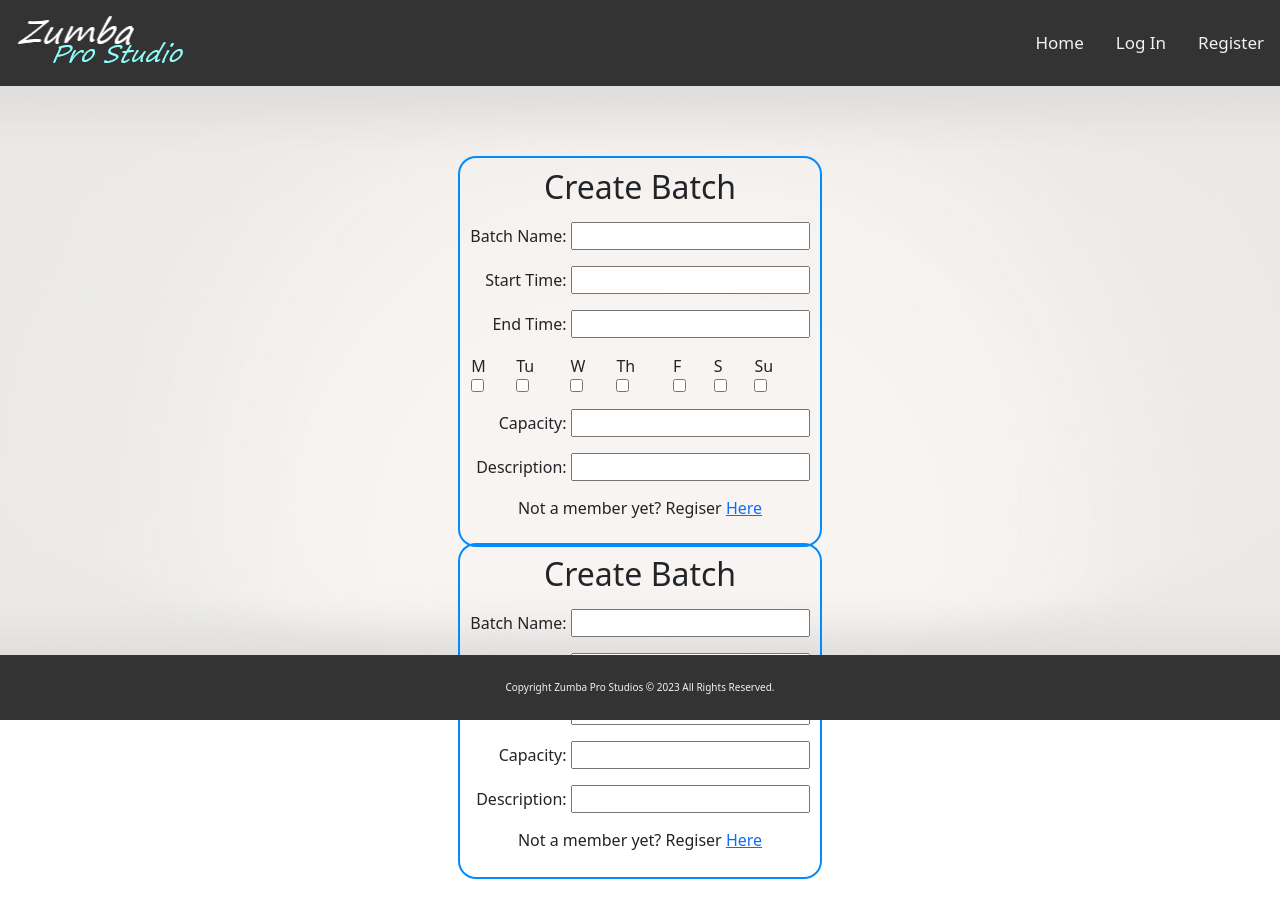
Repository: basemsamuel/Zumba
Page: http://localhost/ZumbaProStudio/adminusers.jsp
An editor plug-in stored every save of this project. The page is shown before and after the next save, followed by the edit.
The browser window is 1280 px wide. The pictures show the whole page.
The page is served by Tomcat 10. Other server files are loaded and not shown.

Above is the page before, as saved 2023-07-30 21:25:20.

### ZumbaProStudio/src/main/webapp/adminusers.jsp
<jsp:include page="header.jsp"></jsp:include>
<div class="mycontainer">
	<div align="center">
	<br>
	<br>
	<br>
		<table class="formtable">
			<tr>
				<td style="padding: 10px;">
					<div class='center'>
						<form style="width: 100%;" action="Login" method = "POST">
						    <h2>Create Batch</h2>
						    <div>
						        <p>
							        <div class='right'>
							            <label for="name">Batch Name:</label>
							            <input type="text" id="name" name="name">
							        </div>
						        </p>
						    </div>

						    <div>
						        <p>
							        <div class='right'>
							            <label for="stime">Start Time:</label>
							            <input type="text" id="stime" name="stime">
							        </div>
						        </p>
						    </div>


						    <div>
						        <p>
							        <div class='right'>
							            <label for="etime">End Time:</label>
							            <input type="text" id="etime" name="etime">
							        </div>
						        </p>
						    </div>

						    <div>
						        <p>
							        <div>
							        	<Table style="padding-left:15px;" width="100%">
							        		<tr>
							        			<td>M</td>
							        			<td>Tu</td>
							        			<td>W</td>
							        			<td>Th</td>
							        			<td>F</td>
							        			<td>S</td>
							        			<td>Su</td>
							        		</tr>
							        		<tr>
							        			<td>
										            <input type="checkbox" id="M" name="M" value="M">
							        			</td>
							        			<td>
										            <input type="checkbox" id="Tu" name="Tt" value="Tu">
							        			</td>
							        			<td>
										            <input type="checkbox" id="W" name="W" value="W">
							        			</td>
							        			<td>
										            <input type="checkbox" id="Th" name="Th" value="Th">
							        			</td>
							        			<td>
										            <input type="checkbox" id="F" name="F" value="F">
							        			</td>
							        			<td>
										            <input type="checkbox" id="S" name="S" value="S">
							        			</td>
							        			<td>
										            <input type="checkbox" id="Su" name="Su" value="Su">
							        			</td>
							        		</tr>
							        	</Table>

							        </div>
						        </p>
						    </div>

						    <div>
						        <p>
							        <div class='right'>
							            <label for="capacity">Capacity:</label>
							            <input type="number" id="capacity" name="capacity">
							        </div>
						        </p>
						    </div>

						    <div>
						        <p>
							        <div class='right'>
							            <label for="description">Description:</label>
							            <input type="number" id="description" name="description">
							        </div>
						        </p>
						    </div>


						    <div>
						    	<p>
						    		Not a member yet? Regiser <a href="register.jsp">Here</a>
						    	</p>
						    </div>
						</form>
					</div>

				</td>
			</tr>
		</table>

		<table class="formtable">
			<tr>
				<td style="padding: 10px;">
					<div class='center'>
						<form style="width: 100%;" action="Login" method = "POST">
						    <h2>Create Batch</h2>
						    <div>
						        <p>
							        <div class='right'>
							            <label for="name">Batch Name:</label>
							            <input type="text" id="name" name="name">
							        </div>
						        </p>
						    </div>

						    <div>
						        <p>
							        <div class='right'>
							            <label for="stime">Start Time:</label>
							            <input type="text" id="stime" name="stime">
							        </div>
						        </p>
						    </div>


						    <div>
						        <p>
							        <div class='right'>
							            <label for="etime">End Time:</label>
							            <input type="text" id="etime" name="etime">
							        </div>
						        </p>
						    </div>

						    <div>
						        <p>
							        <div class='right'>
							            <label for="capacity">Capacity:</label>
							            <input type="number" id="capacity" name="capacity">
							        </div>
						        </p>
						    </div>

						    <div>
						        <p>
							        <div class='right'>
							            <label for="description">Description:</label>
							            <input type="number" id="description" name="description">
							        </div>
						        </p>
						    </div>


						    <div>
						    	<p>
						    		Not a member yet? Regiser <a href="register.jsp">Here</a>
						    	</p>
						    </div>
						</form>
					</div>

				</td>
			</tr>
		</table>
		<br>
		<div class="emsg">
			<p>
				${errorMessage}
			</p>
		</div>
	</div>
</div>

<jsp:include page="footer.jsp"></jsp:include>

### ZumbaProStudio/src/main/webapp/header.jsp
<html lang="en">

<head>
    <meta charset="UTF-8">
    <meta http-equiv="X-UA-Compatible" content="IE=edge">
    <meta name="viewport" content="width=device-width, initial-scale=1.0">
    <title>Document</title>
    <link href="https://cdn.jsdelivr.net/npm/bootstrap@5.1.3/dist/css/bootstrap.min.css" rel="stylesheet" integrity="sha384-1BmE4kWBq78iYhFldvKuhfTAU6auU8tT94WrHftjDbrCEXSU1oBoqyl2QvZ6jIW3" crossorigin="anonymous">
    <link rel="stylesheet" type="text/css" href="css/styles.css" />
</head>

<body>
	 <div class="topnav">
		<img src="images/logo.png" alt="Zumba Pro Studio">
		<!-- <a class="active" href="#home">Home</a> -->
		<a href="register.jsp">Register</a>
		<a href="login.jsp">Log In</a>
		<a href="index.jsp">Home</a>
	</div>

### ZumbaProStudio/src/main/webapp/footer.jsp
<footer>
	Copyright Zumba Pro Studios © 2023 All Rights Reserved.
</footer>
</body>
</html>

### ZumbaProStudio/src/main/webapp/css/styles.css
		.topnav {
			 background-color: #333;
			 overflow: hidden;
				}

		/* Style the links inside the navigation bar */
		.topnav a {
			 float: right;
			 color: #f2f2f2;
			 text-align: center;
			 padding: 30px 16px;
			 text-decoration: none;
			 font-size: 17px;
		}

		.topnav img {
			 float: left;
			 color: #f2f2f2;
			 text-align: center;
			 padding: 14px 16px;
			 text-decoration: none;
			 font-size: 17px;
			 height: 80px;
		}

		/* Change the color of links on hover */
		.topnav a:hover {
			 background-color: #ddd;
			 color: black;
		}

		/* Add a color to the active/current link */
		.topnav a.active {
			 background-color: #04AA6D;
			 color: white;
		}

		footer {
		    background-color: #333;
		    color: #f2f2f2;
		    grid-area: footer;
		    width: 100%;
		    position: absolute;
  			bottom: 0;
  			padding: 25px;
  			text-align: center;
  			font-size: 10px;
		}

		.centerimage {
			height: 100%;
			width: auto;
			display: block;
			margin-left: auto;
			margin-right: auto;

		}

		.center {
			text-align: center;
		}
		.right {
			text-align: right;
		}

		.formtable {
			border-collapse: collapse;
			border-radius: 16px;
			box-shadow: 0 0 0 2px rgb(0, 140, 255);
		}

		.mycontainer {
			height: calc(100% - 150px);
			width: 100%;
			background-image: url('../images/bg.jpg');
			background-color: #333; /* Used if the image is unavailable */
			background-position: center; /* Center the image */
			background-repeat: no-repeat; /* Do not repeat the image */
			background-size: cover; /* Resize the background image to cover the entire container */
		}

		.emsg {
			font-size: 13px;
			color: #FF0000;
		}

After the next save:
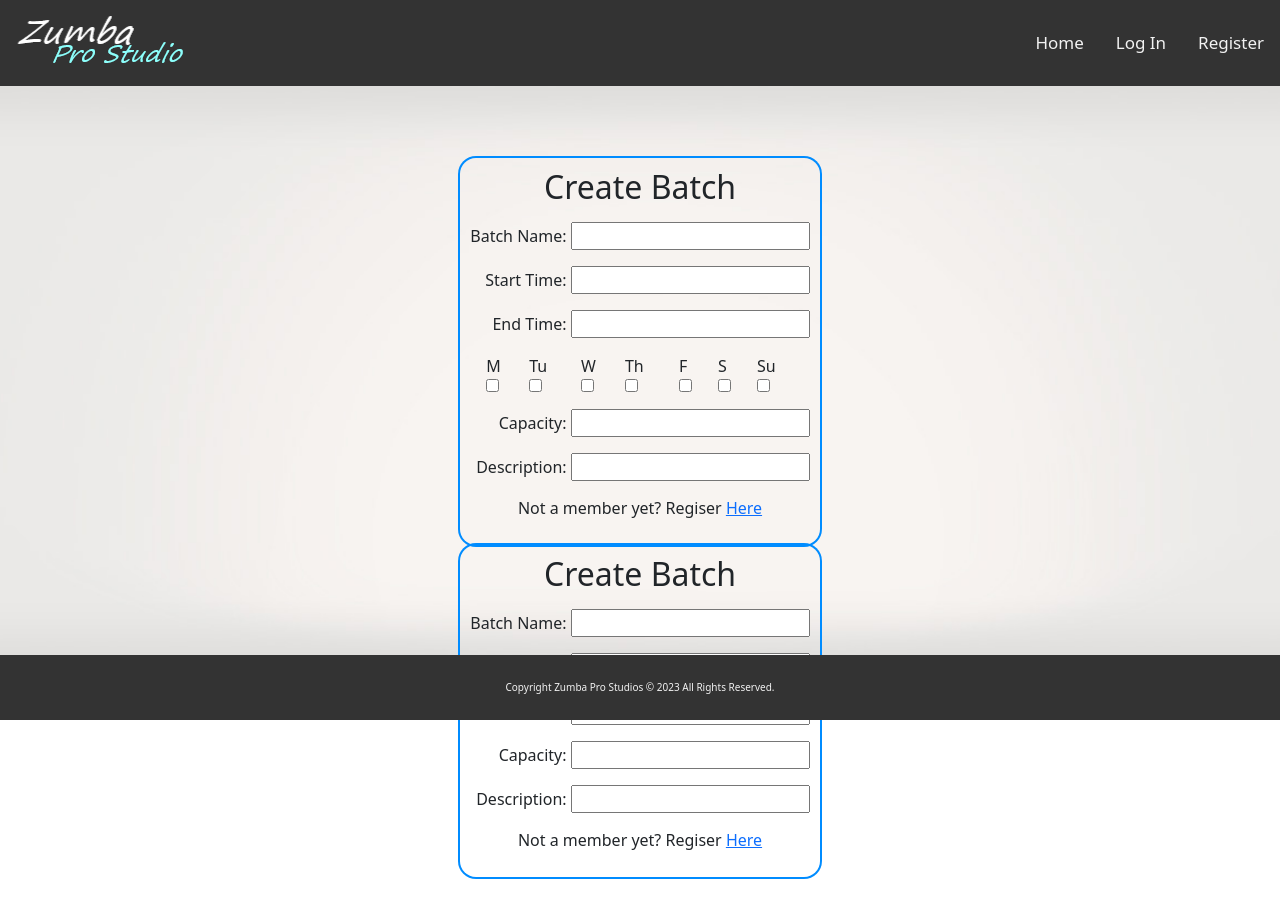
Saved 45 s later.
--- a/ZumbaProStudio/src/main/webapp/adminusers.jsp
+++ b/ZumbaProStudio/src/main/webapp/adminusers.jsp
@@ -40,8 +40,8 @@
 
 						    <div>
 						        <p>
-							        <div>
-							        	<Table style="padding-left:15px;" width="100%">
+							        <div style="padding-left:15px;">
+							        	<Table width="100%">
 							        		<tr>
 							        			<td>M</td>
 							        			<td>Tu</td>
